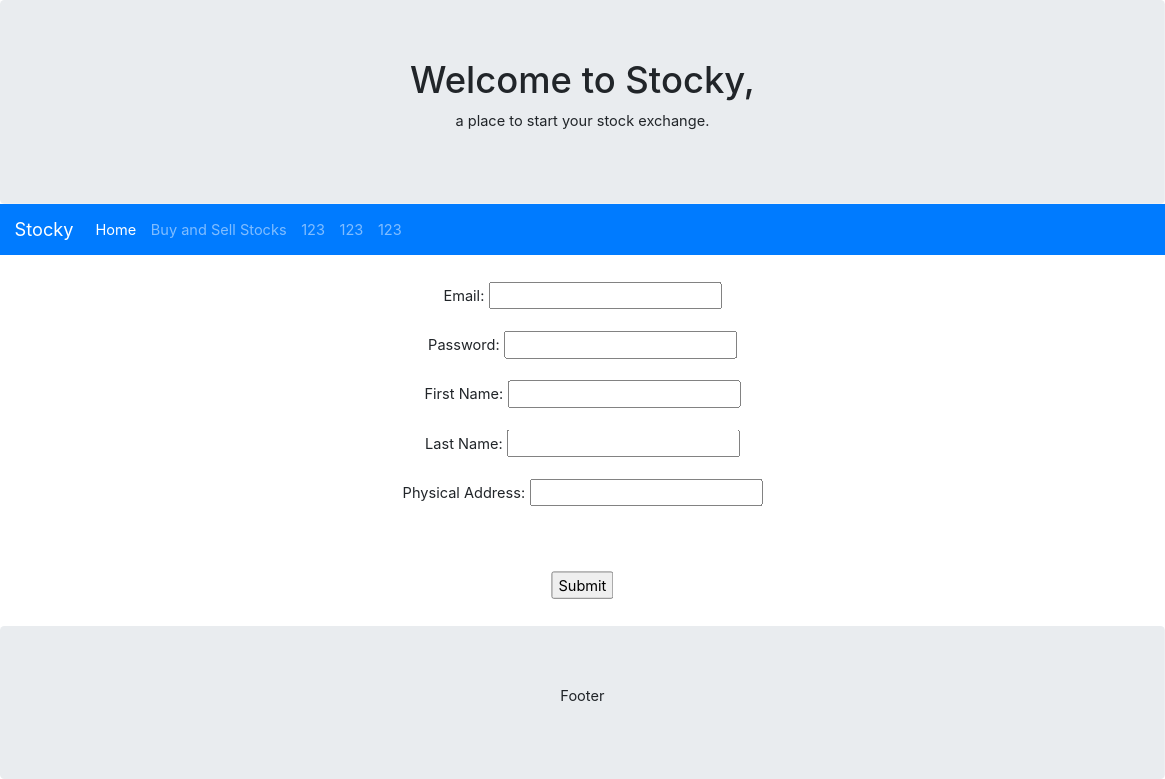
Repository: madfufuu/stocky
Page: http://localhost/stocky/signup.jsp
These files come from the project's save history. The page is drawn as it stood at one moment and after the next save; the edit follows.
The browser window is 1280 px wide. The pictures show the whole page, at 91% of full size.
The page is served by Tomcat 9. Other server files are loaded and not shown.

Above is the page before, as saved 2019-11-27 21:35:59.

### stocky-new-master/stocky/WebContent/signup.jsp
<%@ page language="java" contentType="text/html; charset=UTF-8"
    pageEncoding="UTF-8"%>
<!DOCTYPE html>
<html lang="en">
<head>
	<!-- Required meta tags -->
    <meta charset="utf-8">
    <meta name="viewport" content="width=device-width, initial-scale=1, shrink-to-fit=no">

	<!-- Bootstrap CSS -->
	<link rel="stylesheet" href="https://stackpath.bootstrapcdn.com/bootstrap/4.3.1/css/bootstrap.min.css" integrity="sha384-ggOyR0iXCbMQv3Xipma34MD+dH/1fQ784/j6cY/iJTQUOhcWr7x9JvoRxT2MZw1T" crossorigin="anonymous">
	<link rel="stylesheet" type="text/css" href="./style.css">

	<title>Registration</title>
</head>

<body>
	<div class="jumbotron text-center" style="margin-bottom:0">
  		<h1>Welcome to Stocky,</h1>
 		<p>a place to start your stock exchange.</p>
	</div>

	<nav class="navbar navbar-expand-lg navbar-dark bg-primary sticky-top">
  		<a class="navbar-brand" href="index.jsp">Stocky</a>
  		<button class="navbar-toggler" type="button" data-toggle="collapse" data-target="#navbarSupportedContent" aria-controls="navbarSupportedContent" aria-expanded="false" aria-label="Toggle navigation">
    		<span class="navbar-toggler-icon"></span>
  		</button>

  		<div class="collapse navbar-collapse" id="navbarSupportedContent">
			<ul class="navbar-nav mr-auto">
				<li class="nav-item active">
					<a class="nav-link" href="index.jsp">Home <span class="sr-only">(current)</span></a>
				</li>

				<li class="nav-item">
					<a class="nav-link" href="#">Buy and Sell Stocks</a>
				</li>

				<li class="nav-item">
					<a class="nav-link" href="#">123</a>
				</li>

				<li class="nav-item">
					<a class="nav-link" href="#">123</a>
				</li>

				<li class="nav-item">
					<a class="nav-link" href="#">123</a>
				</li>

			</ul>

		</div>
	</nav>

	<form id="signupForm" action="SignUpCheck" method="post">
		Email: <input type="text" name="email" /><br />
		<br />Password: <input type="password" name="password" /><br />
		<br />First Name: <input type="text" name="fname" /><br />
		<br />Last Name: <input type="text" name="lname" /><br />
		<br />Physical Address: <input type="text" name="paddress" /><br />
		<br /> <br />
		<br /> <input type="submit" />
	</form>

	<div class="jumbotron text-center" style="margin-bottom:0">
		<p>Footer</p>
	</div>



	<!-- Optional JavaScript -->
    <!-- jQuery first, then Popper.js, then Bootstrap JS -->
	<script src="https://code.jquery.com/jquery-3.3.1.slim.min.js" integrity="sha384-q8i/X+965DzO0rT7abK41JStQIAqVgRVzpbzo5smXKp4YfRvH+8abtTE1Pi6jizo" crossorigin="anonymous"></script>
	<script src="https://cdnjs.cloudflare.com/ajax/libs/popper.js/1.14.7/umd/popper.min.js" integrity="sha384-UO2eT0CpHqdSJQ6hJty5KVphtPhzWj9WO1clHTMGa3JDZwrnQq4sF86dIHNDz0W1" crossorigin="anonymous"></script>
	<script src="https://stackpath.bootstrapcdn.com/bootstrap/4.3.1/js/bootstrap.min.js" integrity="sha384-JjSmVgyd0p3pXB1rRibZUAYoIIy6OrQ6VrjIEaFf/nJGzIxFDsf4x0xIM+B07jRM" crossorigin="anonymous"></script>
</body>
</html>

### stocky-new-master/stocky/WebContent/style.css
@charset "UTF-8";
#signin-form-card {
	width: 50%;
}

#signupForm{
	text-align: center;
	margin:  30px;
}

After the next save:
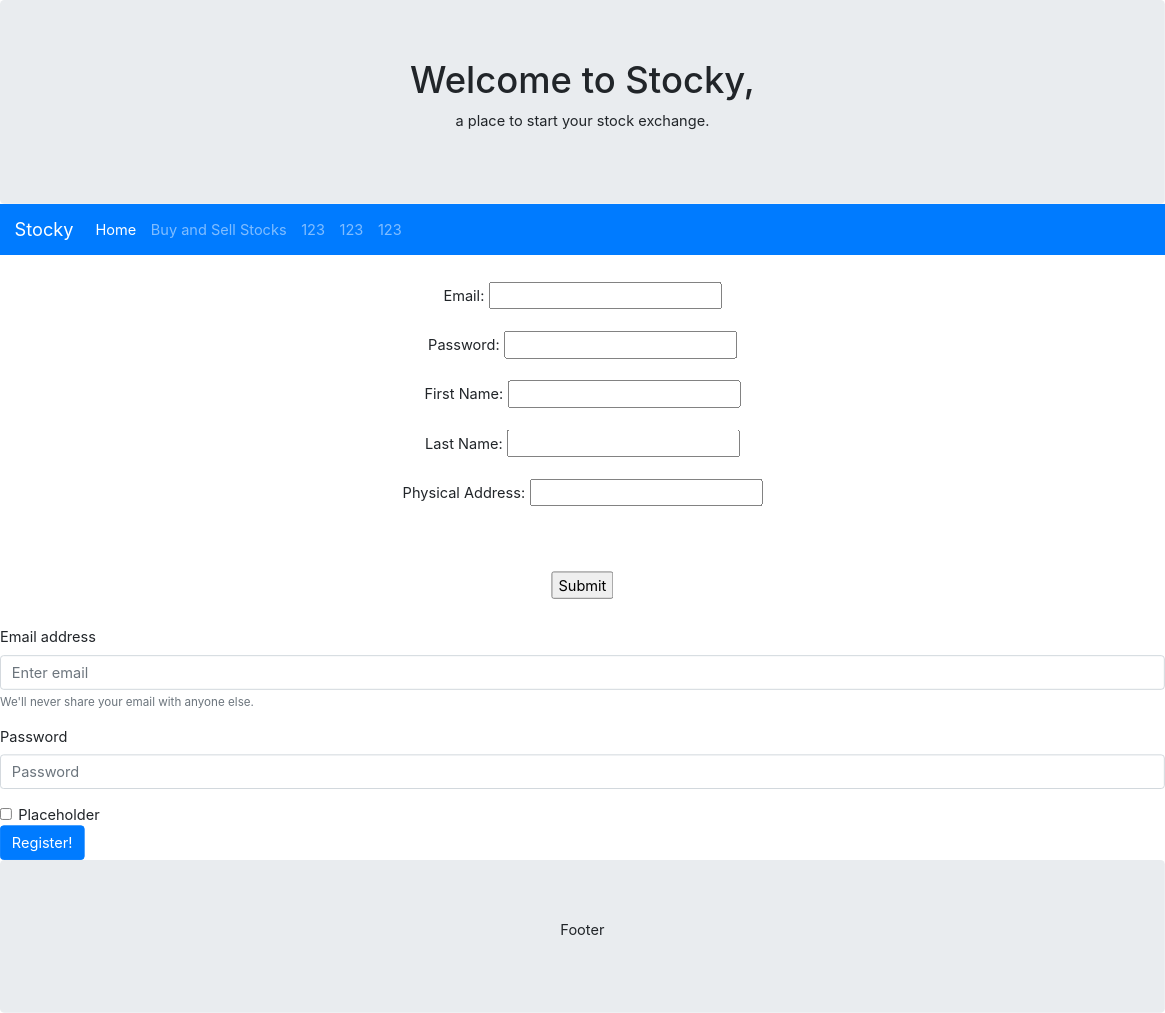
Saved 3 min 37 s later.
--- a/stocky-new-master/stocky/WebContent/signup.jsp
+++ b/stocky-new-master/stocky/WebContent/signup.jsp
@@ -63,6 +63,26 @@
 		<br /> <input type="submit" />
 	</form>
 
+	<form action="SignUpCheck" method="post">
+		<div class="form-group">
+			<label for="exampleInputEmail1">Email address</label> <input
+				type="email" class="form-control" id="exampleInputEmail1"
+				aria-describedby="emailHelp" placeholder="Enter email"> <small
+				id="emailHelp" class="form-text text-muted">We'll never
+				share your email with anyone else.</small>
+		</div>
+		<div class="form-group">
+			<label for="exampleInputPassword1">Password</label> <input
+				type="password" class="form-control" id="exampleInputPassword1"
+				placeholder="Password">
+		</div>
+		<div class="form-check">
+			<input type="checkbox" class="form-check-input" id="exampleCheck1">
+			<label class="form-check-label" for="exampleCheck1">Placeholder</label>
+		</div>
+		<button type="submit" class="btn btn-primary">Register!</button>
+	</form>
+
 	<div class="jumbotron text-center" style="margin-bottom:0">
 		<p>Footer</p>
 	</div>
